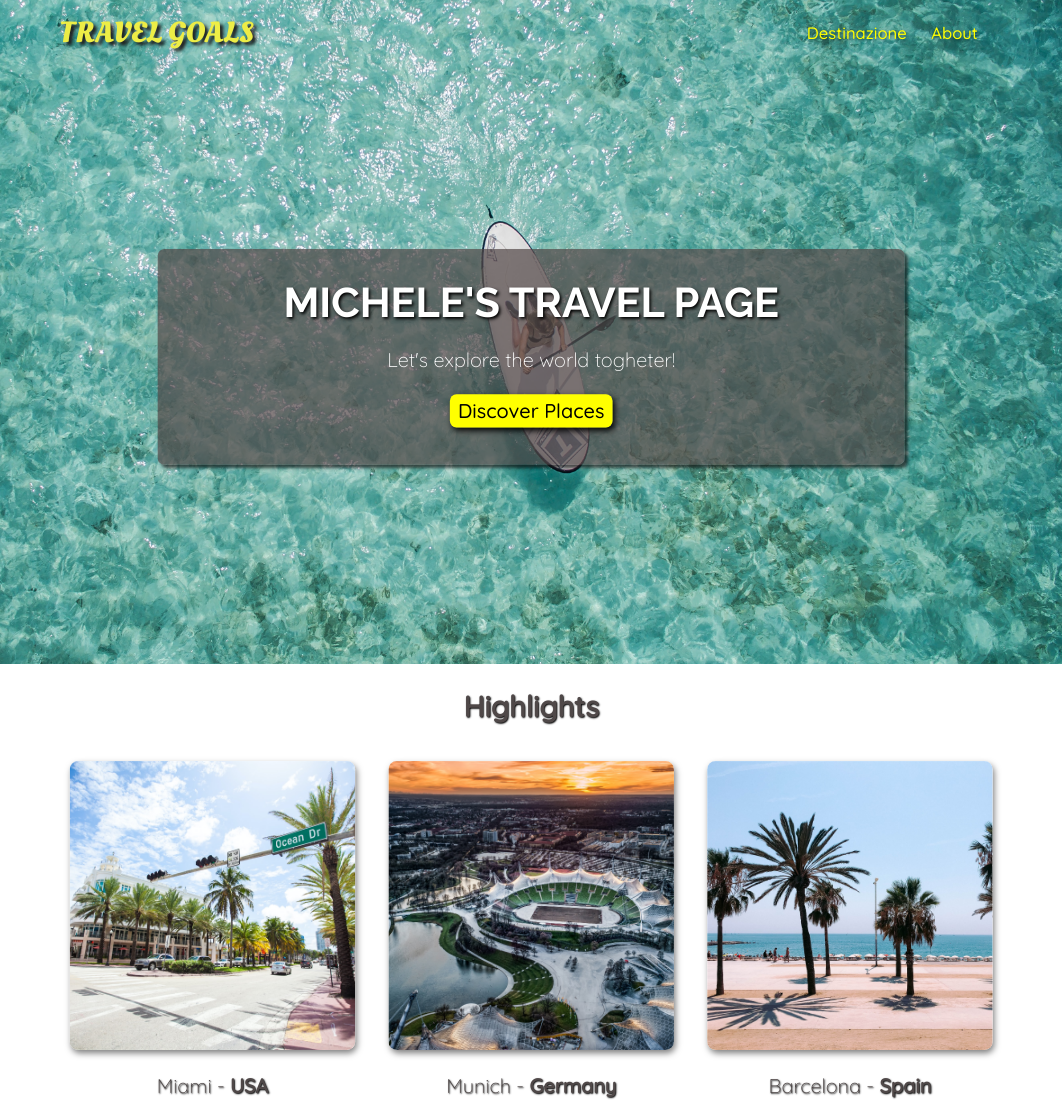
Repository: MicTomm/Travel-Goals
Page: index.html
The author's editor kept a copy of each file at every save. The page is drawn from the files as they stood at one save, then again after the next save.
The browser window is 1280 px wide. The pictures show the whole page, at 83% of full size.

Above is the page before, as saved 2023-06-05 17:42:37.

After the next save:
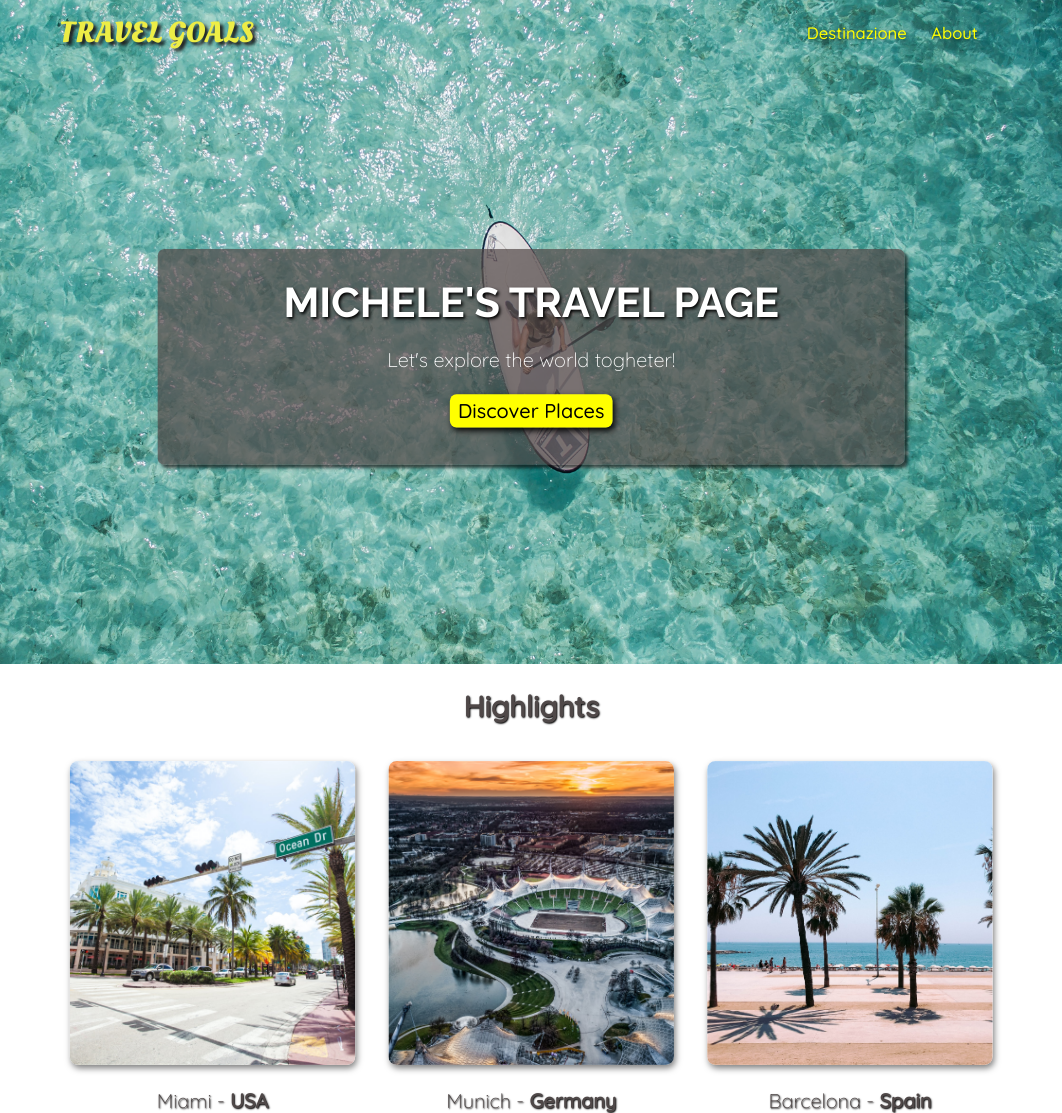
Saved 79 s later.
--- a/styles/main-page-style.css
+++ b/styles/main-page-style.css
@@ -51,7 +51,6 @@
 
 #highlights{
     text-align: center;
-    margin-bottom: 50px;
 }
 
 #highlights ul{
@@ -65,7 +64,7 @@
 }
 
 #highlights li{
-   margin: 0px 20px;
+    margin: 0px 20px;
 }
 
 #highlights img{
@@ -87,5 +86,5 @@
     text-shadow: 1px 1px 2px black;
     font-size: 24px;
     font-weight: 300;
-    margin-bottom: 32px;
+    margin-bottom: 50px;
 }
